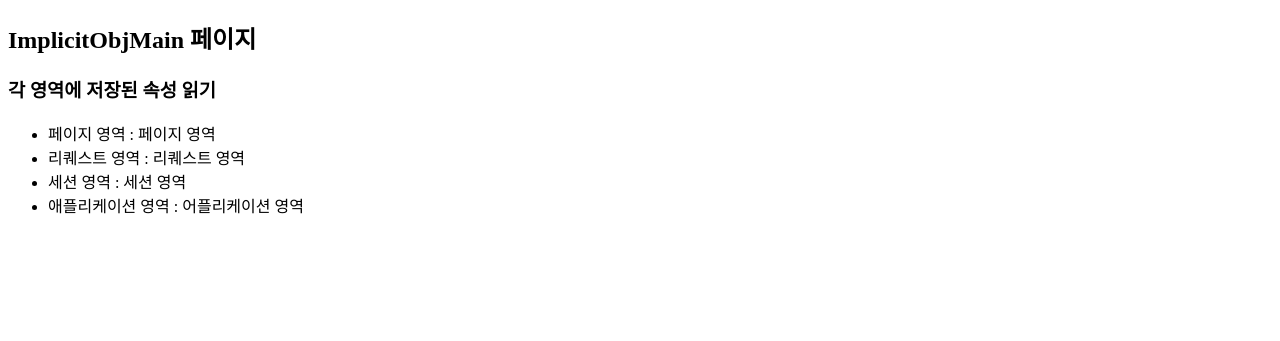
Repository: dogksi/JSP
Page: http://localhost/TestJSP/EL/ImplicitObjMain.jsp
An editor plug-in stored every save of this project. The page is shown before and after the next save, followed by the edit.
The browser window is 1280 px wide. The pictures show the whole page.
The page is served by Tomcat 10. Nobody is signed in. The application's start-up code is not run. Other server files are loaded and not shown.

Above is the page before, as saved 2023-09-15 06:43:00.

### TestJSP/src/main/webapp/EL/ImplicitObjMain.jsp
<%@ page language="java" contentType="text/html; charset=UTF-8"
    pageEncoding="UTF-8"%>
<%
pageContext.setAttribute("scopeValue", "페이지 영역");
request.setAttribute("scopeValue", "리퀘스트 영역");
session.setAttribute("scopeValue", "세션 영역");
application.setAttribute("scopeValue", "어플리케이션 영역");
%>
<!DOCTYPE html>
<html>
<head>
<meta charset="UTF-8">
<title>표현 언어(EL) - 내장 객체</title>
</head>
<body>
	<h2>ImplicitObjMain 페이지</h2>
	<h3>각 영역에 저장된 속성 읽기</h3>
	<ul>
		<li>페이지 영역 : ${ pageScope.scopeValue }</li>
		<li>리퀘스트 영역 : ${ requestScope.scopeValue }</li>
		<li>세션 영역 : ${sessionScope.scopeValue }</li>
		<li>애플리케이션 영역 : ${applicationScope.scopeValue }</li>
	</ul>
</body>
</html>

After the next save:
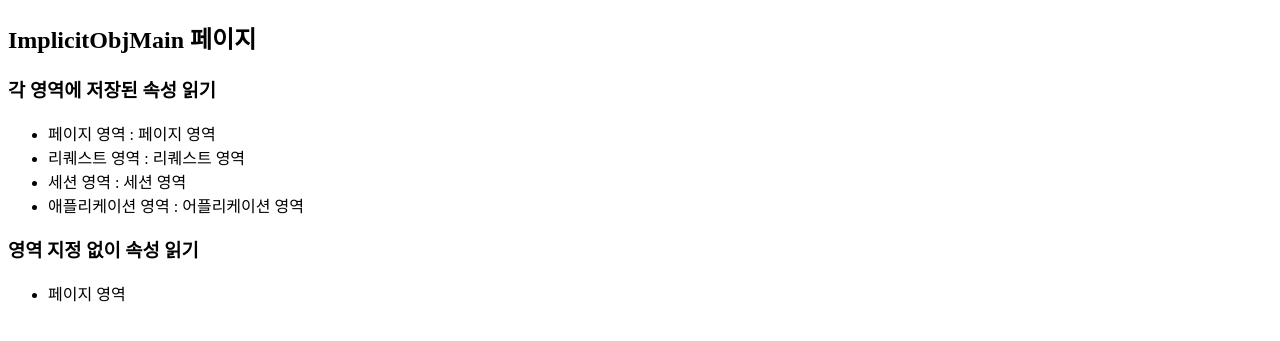
Saved 38 s later.
--- a/TestJSP/src/main/webapp/EL/ImplicitObjMain.jsp
+++ b/TestJSP/src/main/webapp/EL/ImplicitObjMain.jsp
@@ -21,5 +21,10 @@
 		<li>세션 영역 : ${sessionScope.scopeValue }</li>
 		<li>애플리케이션 영역 : ${applicationScope.scopeValue }</li>
 	</ul>
+
+	<h3>영역 지정 없이 속성 읽기</h3>
+	<ul>
+		<li>${scopeValue }</li>
+	</ul>
 </body>
 </html>
